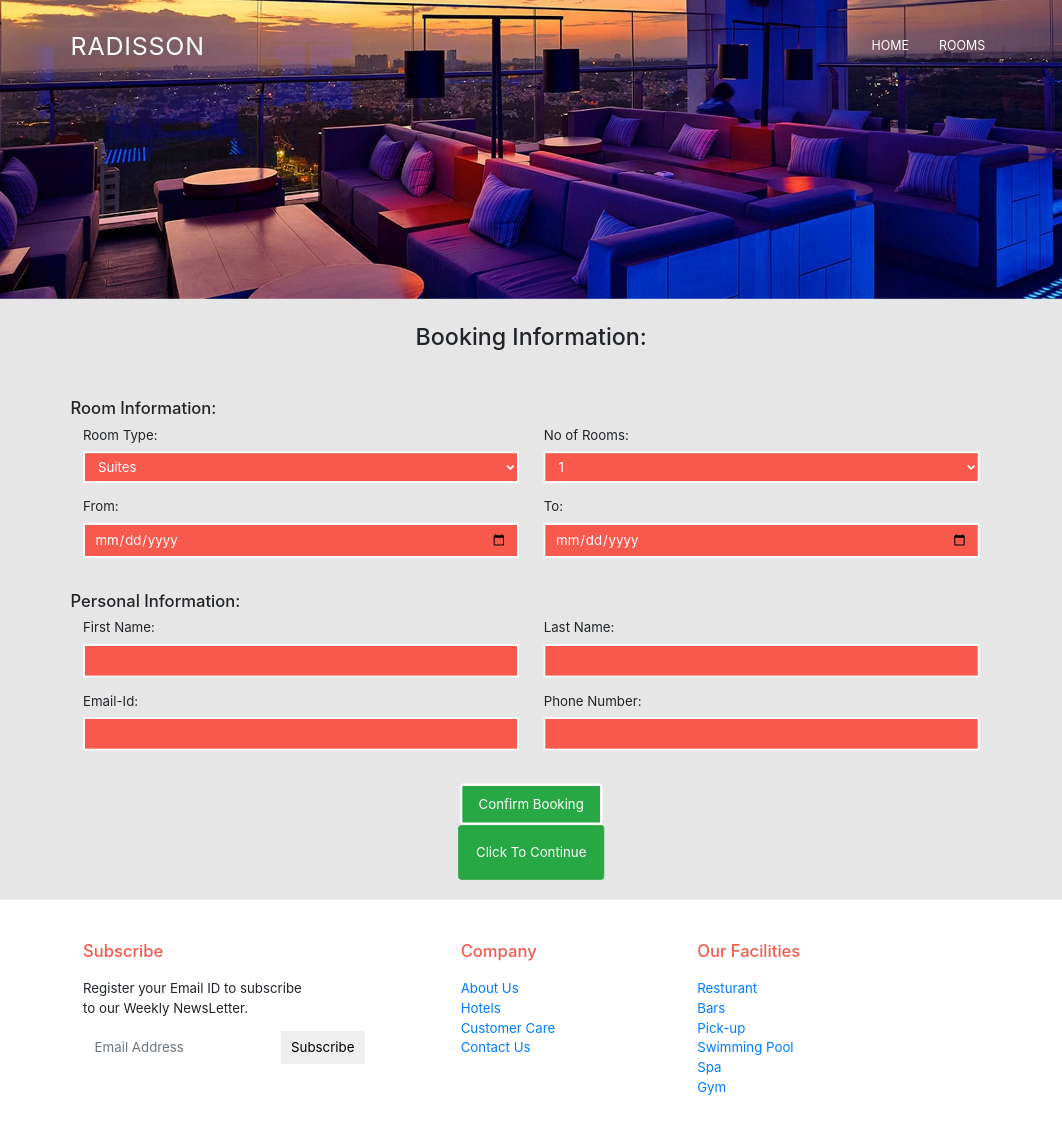
Repository: kapsky5/HotelManagement
Page: booking.html
The author's editor kept a copy of each file at every save. The page is drawn from the files as they stood at one save, then again after the next save.
The browser window is 1280 px wide. The pictures show the whole page, at 83% of full size.

Above is the page before, as saved 2019-11-08 09:57:00.

### booking.html
<!DOCTYPE html>
<html lang="en">
<head>
    <meta charset="UTF-8">
    <meta name="viewport" content="width=device-width, initial-scale=1.0">
    <meta http-equiv="X-UA-Compatible" content="ie=edge">
    <title>RADISSON BLU</title>
    <link rel="stylesheet" href="css/main.css">
    <link rel="stylesheet" href="https://maxcdn.bootstrapcdn.com/bootstrap/4.0.0/css/bootstrap.min.css" integrity="sha384-Gn5384xqQ1aoWXA+058RXPxPg6fy4IWvTNh0E263XmFcJlSAwiGgFAW/dAiS6JXm" crossorigin="anonymous">
</head>
<body>
    <nav class="navbar navbar-expand-lg navbar-light fixed-top" id="caro" style="margin-top: 20px;">
        <div class="container">
            <a class="navbar-brand" href="#">RADISSON</a>
            <button class="navbar-toggler" type="button" data-toggle="collapse" data-target="#navbarSupportedContent">
                <span class="navbar-toggler-icon"></span>
            </button>
            <div class="collapse navbar-collapse" id="navbarSupportedContent" >
                <ul class="navbar-nav ml-auto">
                    <li class="nav-item active ">
                        <a class="nav-link" href="/">Home <span class="sr-only">(current)</span></a>
                    </li>
                    <li class="nav-item">
                        <a class="nav-link" href="/rooms">Rooms</a>
                    </li>
                </ul>
            </div>
        </div>
    </nav>
    <div>
        <img src="./images/trial3.jpg" class="image">
    </div>
    <div class="containerz">
        <div class="container">
            <div class="header" style="padding-top: 30px;">
                <div class="text-center">
                    <h3>Booking Information:</h3>
                </div>
            </div>
            <br>
            <br>
            <div>
                <h5>Room Information:</h5>
                <div class="row">
                    <div class="col-md-6">
                        <div class="form-group">
                            <label>Room Type:</label>
                            <select id="type" name="type" class="form-control" placeholder="Select-Room">
                                <option>Suites</option>
                                <option>Deluxe Rooms</option>
                                <option>King Rooms</option>
                                <option>Single</option>
                            </select>
                        </div>
                    </div>
                    <div class="col-md-6">
                        <div class="form-group">
                            <label>No of Rooms:</label>
                            <select id="room" name="room" class="form-control">
                                <option>1</option>
                                <option>2</option>
                                <option>3</option>
                                <option>4</option>
                            </select>
                        </div>
                    </div>
                    <div class="col-md-6">
                        <div class="form-group">
                            <label>From:</label>
                            <input id="from" name="from" class="form-control" type="date">
                        </div>
                    </div>
                    <div class="col-md-6">
                        <div class="form-group">
                            <label>To:</label>
                            <input id="to" name="to" class="form-control" type="date">
                        </div>
                    </div>
                </div>
                <br>
                <h5>Personal Information:</h5>
                <div class="row">
                    <div class="col-md-6">
                        <div class="form-group">
                            <label>First Name:</label>
                            <input id="fname" name="fname" class="form-control">
                        </div>
                    </div>
                    <div class="col-md-6">
                        <div class="form-group">
                            <label>Last Name:</label>
                            <input id="lname" name="lname" class="form-control">
                        </div>
                    </div>
                    <div class="col-md-6">
                        <div class="form-group">
                            <label>Email-Id:</label>
                            <input id="email" name="email" class="form-control" type="email">
                        </div>
                    </div>
                    <div class="col-md-6">
                        <div class="form-group">
                            <label>Phone Number:</label>
                            <input id="mobile" name="mobile" class="form-control">
                        </div>
                    </div>
                </div>
                <br>
                <div class="text-center" id="btn-submit">
                    <button class="btn btn-success" onclick="newBooking()" style=" padding: 10px 20px; border: 3px white solid;">Confirm Booking</button>
                </div>
                <div class="text-center">
                    <a href="/services">
                        <div class="text-center btn btn-success" id="btn-submit" style="padding: 20px;">
                            Click To Continue
                        </div>
                    </a>
                </div>

            </div>
            <br>
        </div>
    </div>
    <footer id="footer" class="footx">
        <div class="container">
            <div class="row rowinfoot">
                <div class="col-md-4">
                    <h3 class="foo-head">Subscribe</h3>
                    <p class="foo2-text">Register your Email ID to subscribe <br> to our Weekly NewsLetter.</p>
                    <form id="form-subscribe">
                    <div class="input-group">
                        <input class="form-control" type="email" placeholder="Email Address" id="email" style="background-color: white !important">
                        <div class="input-group-append">
                            <button class="btn btn-default" type="submit">Subscribe</button>
                        </div>
                    </div>
                    </form>
                </div>
                <div class="col-md-4" style="padding-left: 100px;">
                    <h3 class="foo-head">Company</h3>
                    <ul class="list-unstyled foo2-text">
                        <li><a href="#">About Us</a></li>
                        <li><a href="#">Hotels</a></li>
                        <li><a href="#">Customer Care</a></li>
                        <li><a href="#">Contact Us</a></li>
                    </ul>
                </div>
                <div class="col-md-4">
                    <h3 class="foo-head">Our Facilities</h3>
                    <ul class="list-unstyled foo2-text">
                        <li><a href="#">Resturant</a></li>
                        <li><a href="#">Bars</a></li>
                        <li><a href="#">Pick-up</a></li>
                        <li><a href="#">Swimming Pool</a></li>
                        <li><a href="#">Spa</a></li>
                        <li><a href="#">Gym</a></li>
                    </ul>
                </div>
            </div>
        </div>
        <!-- <div class="copyright text-center">
            <p>Made with Love By kapsky</p>
            <p><small>© kapsky</small></p>
        </div> -->
    </footer>


    <script>
        var submis = document.getElementById('btn-submit');
        var cont = document.getElementById('continue');
        async function newBooking() {
            let type = document.getElementById('type').value;
            let room = document.getElementById('room').value;
            let from = document.getElementById('from').value;
            let to = document.getElementById('to').value;
            let fname = document.getElementById('fname').value;
            let lname = document.getElementById('lname').value;
            let mobile = document.getElementById('mobile').value;
            let email = document.getElementById('email').value;

            let data = {"type": type, "room": room, "from": from, "to": to, "fname": fname, "lname": lname, "mobile": mobile, "email": email};
            console.log("button clicked");
            const res = await fetch('http://localhost:3000/booking/new', {
                method: 'POST',
                headers: {
                    'Content-Type': 'application/json'
                },
                body: JSON.stringify(data)
            });
            const response = await res.json();
            console.log(response.message);
            alert(response.message);
            if(response.message == "Booking Successfull"){
                submis.style.display
            }
        }

    </script>

</body>
</html>

### css/main.css
.fixed-top{
    position: absolute !important;
}
.carousel-item{
    height: 100vh;
    min-height: 300px;
    background: no-repeat center center scroll;
    -webkit-baackground-size: cover;
    background-size: cover;
    position: absolute;
}
.carousel-caption {
    top: 40% !important;
}
.carousel-caption h5{
    color: #ffffff;
    text-transform: uppercase;
    font-size: 35px;
    letter-spacing: 2px;
    margin-top:25px;
}
.navbar-light .nav-link{
    text-transform: uppercase;
    color: #ffffff !important;
    font-size: 15px;
    margin-left: 20px;
}
.navbar-light .navbar-brand{
    color: #ffffff !important;
    font-size: 30px;
    letter-spacing: 1px;
}
.nav-link:active, .nav-link:hover {
    color: #F75A4C !important;
}
.carousel-caption .btn {
    margin: 40px 20px;
    padding: 15px 30px;
    border-radius: 40px;
    background: #F75A4C;
    border: none;
    text-transform: uppercase;
    font-size: 18px;
}
.carousel-caption .btn:hover{
    background: #454244;
}
.fac{
    margin: 0 auto;
    font-size: 25px;
    letter-spacing: 1px;
}
.tabx h6{
    font-weight: 600 !important;
}
.nav-item.nav-link{
    color: rgb(192, 192, 192);
}
.nav-item.nav-link.active{
    color: #F75A4C !important;
    background-color: #ffffff !important;
}
#tabs .nav > a{
    border-radius: 0px;
    padding: 40px 1rem;
    border-bottom: 1px solid rgb(192, 192, 192);
}
#tabs .nav > a.active{
    border-bottom: 1px solid #F75A4C;
}
.containerx{
    padding: 40px;
}
.containerx p{
    font-size: 18px;
    line-height: 1.8;
    color: #848484;
}
.tabImg{
    max-width: 100%;
    height: 550px;
}
.heading{
    color: #F75A4C;
    text-transform: uppercase;
    margin-bottom: 20px;
}
.sub-heading{
    margin-top: 20px;
    font-size: 16px;
    color: rgb(192, 192, 192);
}
.foot{
    margin-top: 50px;
    background-color: #E6E6E6;
}
.rowinfoot{
    padding: 30px 0px;
}
.foo-head{
    font-size: 20px;
    color: #F75A4C;
    margin: 20px 0;
}
.foo-text{
    font-size: 16px;
    line-height: 1.5;
}
.foo-text li a{
    color: black;
    text-decoration: none;
}
.copyright {
    color: white;
    background: #554f53;
    justify-content: center;
}
.copyright p{
    margin-bottom: 0;
}
.image{
    width: 100%;
    height: 50vh;
}
.containerz{
    background-color: #E6E6E6;
}
.heading1{
    text-transform: uppercase;
    font-size: 24px;
    letter-spacing: 1px;
}
.room-img{
    width: 100%;
    height: 415px;
}
.card{
    border-radius: 0px !important;
}
.card-body{
    padding: 0px !important;
}
.head-room{
    color: #F75A4C;
    font-size: 22px;
    text-transform: uppercase;
    letter-spacing: 1px;
}
.card-body.row.col-md-5, .card-body.row.col-md-7, .card-body.row.col-md-6, .card-body.row.col-md-3{
    padding: 0px !important;
}

.containerz .imgx, .containerz .imgx{
    padding: 0px !important;
}
.dpt, .dpts{
    padding: 40px 50px !important;
}
.dpt p{
    font-size: 18px;
    line-height: 1.8;
    color: #848484;
}
.dpts p{
    font-size: 16px;
    line-height: 1.5;
    color: #848484;
}
.row{
    margin: 0px !important;
}
.card .btn{
    padding: 10px 30px;
    border-radius: 0px;
    background: #F75A4C;
    border: none;
    text-transform: uppercase;
    font-size: 18px;
}
.avail{
    color: white;
    margin-top: 40px !important;
    background-color: #F75A4C;
    padding: auto auto;
}
.form-control{
    background-color: #F75A4C !important;
    color: white !important;
    border-radius: 0 !important;
    border: 2px solid white !important;
}
input[type=date]::-webkit-inner-spin-button {
    -webkit-appearance: none;
    display: none;
}
.result .btn{
    margin: 10px 20px;
    padding: 15px 30px;
    border-radius: 40px;
    background: #F75A4C;
    border: none;
    text-transform: uppercase;
    font-size: 18px;
}
.dpts a, .dpt a{
    color: white;
}
.dpts a:hover, .dpt a:hover{
    color: white;
}

After the next save:
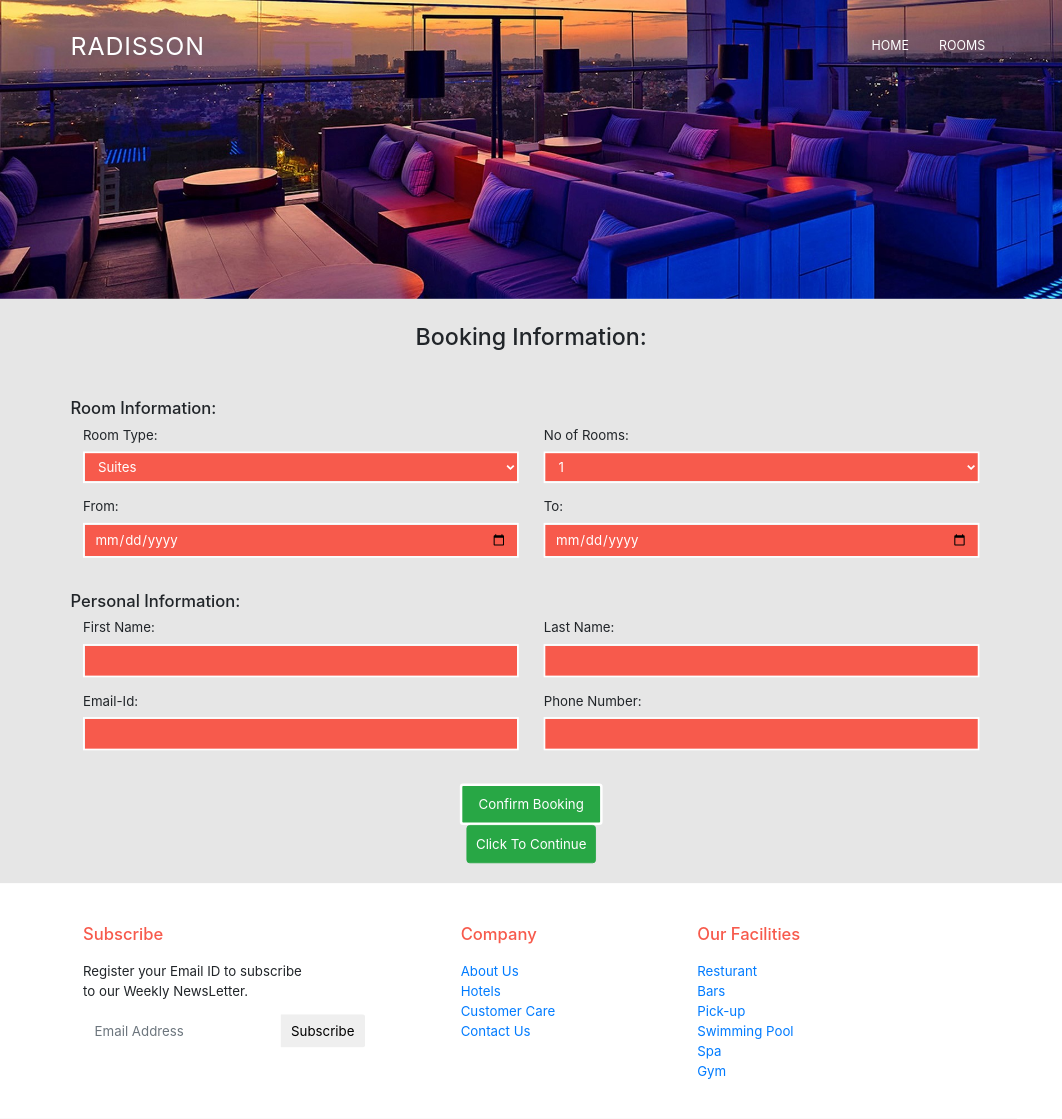
Saved 8 s later.
--- a/booking.html
+++ b/booking.html
@@ -111,7 +111,7 @@
                 </div>
                 <div class="text-center">
                     <a href="/services">
-                        <div class="text-center btn btn-success" id="btn-submit" style="padding: 20px;">
+                        <div class="text-center btn btn-success" id="btn-submit" style="padding: 10px;">
                             Click To Continue
                         </div>
                     </a>
